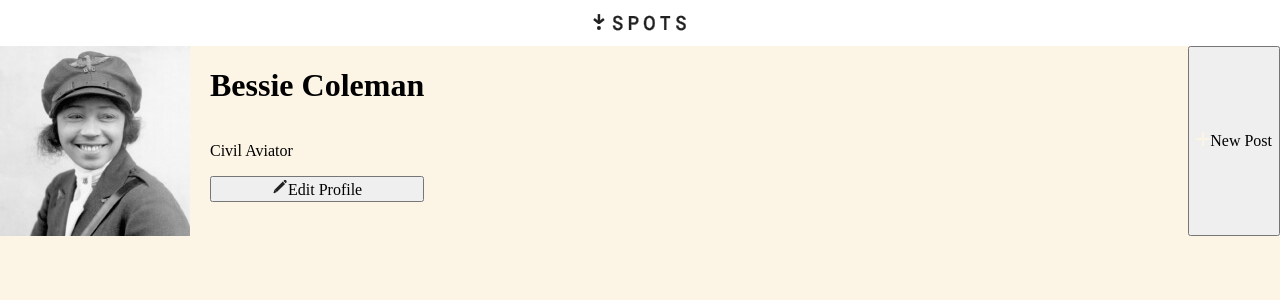
Repository: riffey55/se_project_spots
Page: index.html
The author's editor kept a copy of each file at every save. The page is drawn from the files as they stood at one save, then again after the next save.
The browser window is 1280 px wide. The pictures show the whole page.

Above is the page before, as saved 2025-05-19 17:04:42.

### index.html
<!DOCTYPE html>
<html lang="en">
  <head>
    <meta charset="UTF-8" />
    <meta name="viewport" content="width=device-width, initial-scale=1.0" />
    <meta name="description" content="????" />
    <meta name="author" content="Beren Riffey" />
    <meta name="keywords" content="HTML, CSS. ??" />
    <link rel="stylesheet" href="./pages/index.css" />
    <link rel="icon" type="image/x-icon" href="favicon.ico" />
    <title>Spots</title>
  </head>
  <body>
    <div class="page">
      <header class="header">
        <img src="./images/Logo.svg" alt="Spot logo" class="header__logo" />
      </header>
      <main class="content">
        <section class="profile page__section">
          <img
            src="./images/avatar.jpg"
            alt="Bessie Coleman avatar"
            class="profile__avatar"
          />
          <div class="profile__column">
            <h1 class="profile__name">Bessie Coleman</h1>
            <p class="profile__description">Civil Aviator</p>
            <button class="profile__edit-btn">
              <img src="./images/pencil.svg" alt="Pencil icon" />Edit Profile
            </button>
          </div>
          <button class="profile__add-btn">
            <img src="./images/plus.svg" alt="Plus icon" class="" />New Post
          </button>
        </section>
      </main>
      <footer class="footer"></footer>
    </div>
  </body>
</html>

### pages/index.css
@import url(..vendor/normalize.css);
@import url(../blocks/page.css);
@import url(../blocks/header.css);
@import url(../blocks/profile.css);

### blocks/page.css
.page {
  background-color: #fcf5e5;
  min-height: 100vh;
}

.page__section {
  margin: 0 auto;
  max-width: 1280px;
}

### blocks/profile.css
.profile {
  display: flex;
}

.profile__avatar {
  margin-right: 20px;
}

.profile__column {
  display: flex;
  flex-direction: column;
}

.profile__add-btn {
  margin-left: auto;
}

Loaded but not shown: vendor/normalize.css (library); blocks/header.css (common file)

After the next save:
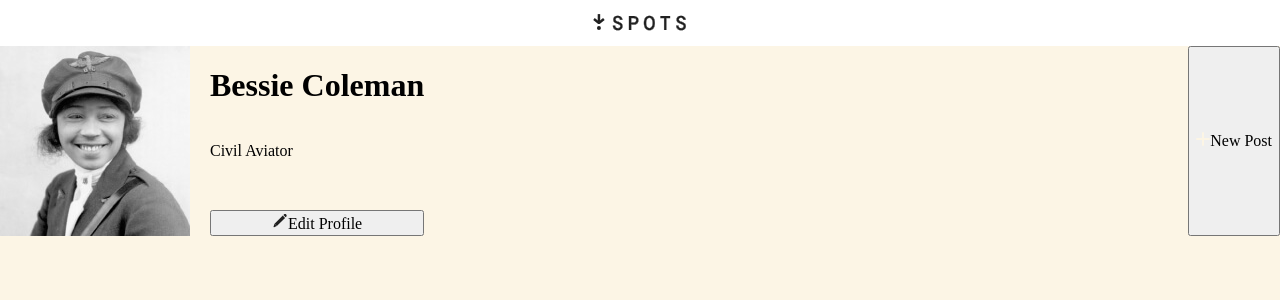
Saved 4 min 1 s later.
--- a/blocks/profile.css
+++ b/blocks/profile.css
@@ -11,6 +11,10 @@
   flex-direction: column;
 }
 
+.profile__edit-btn {
+  margin-top: auto;
+}
+
 .profile__add-btn {
   margin-left: auto;
 }
